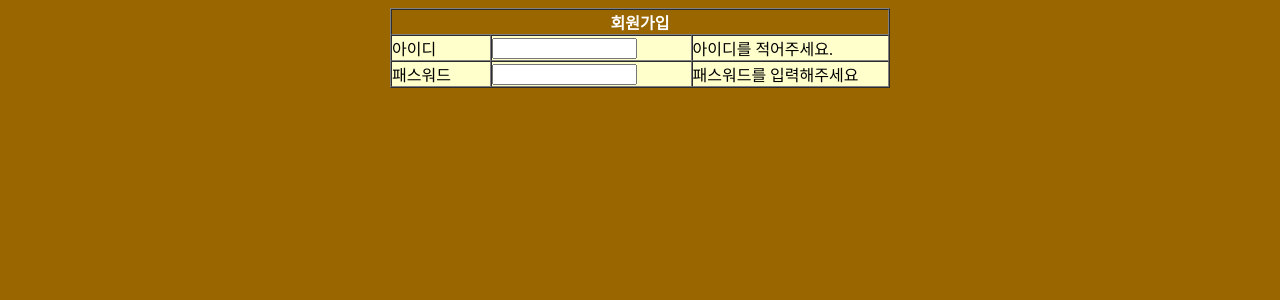
Repository: beom324/jsp-servlet
Page: http://localhost/day1226/member.jsp
The author's editor kept a copy of each file at every save. The page is drawn from the files as they stood at one save, then again after the next save.
The browser window is 1280 px wide. The pictures show the whole page.
The page is served by Tomcat 9.

Above is the page before, as saved 2023-12-26 00:36:06.

After the next save:
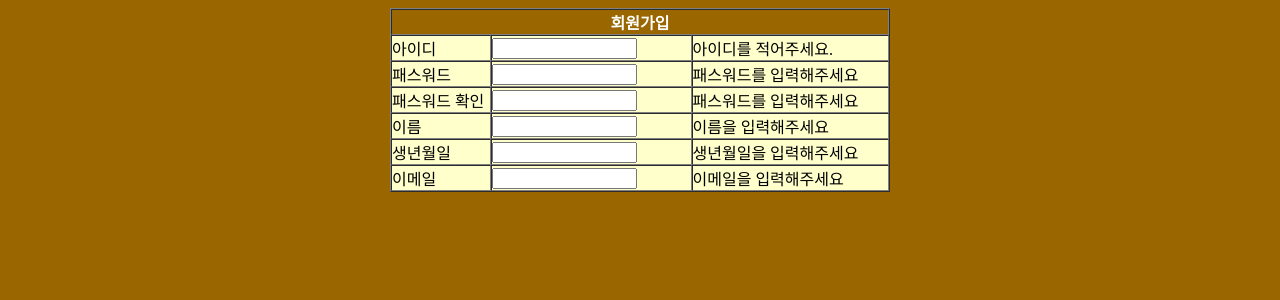
Saved 2 min 43 s later.
--- a/day1226/src/main/webapp/member.jsp
+++ b/day1226/src/main/webapp/member.jsp
@@ -27,9 +27,37 @@
 						<tr>
 							<td>패스워드</td>
 							<td>
-								<input type="text" name="pwd" size="15">
+								<input type="password" name="pwd" size="15">
 							</td>
 							<td>패스워드를 입력해주세요</td>
+						</tr>
+						<tr>
+							<td>패스워드 확인</td>
+							<td>
+								<input type="password" name="repwd" size="15">
+							</td>
+							<td>패스워드를 입력해주세요</td>
+						</tr>
+						<tr>
+							<td>이름</td>
+							<td>
+								<input type="text" name="name" size="15">
+							</td>
+							<td>이름을 입력해주세요</td>
+						</tr>
+						<tr>
+							<td>생년월일</td>
+							<td>
+								<input type="text" name="birthday" size="15">
+							</td>
+							<td>생년월일을 입력해주세요</td>
+						</tr>
+						<tr>
+							<td>이메일</td>
+							<td>
+								<input type="text" name="email" size="15">
+							</td>
+							<td>이메일을 입력해주세요</td>
 						</tr>
 					</form>
 				</table>
